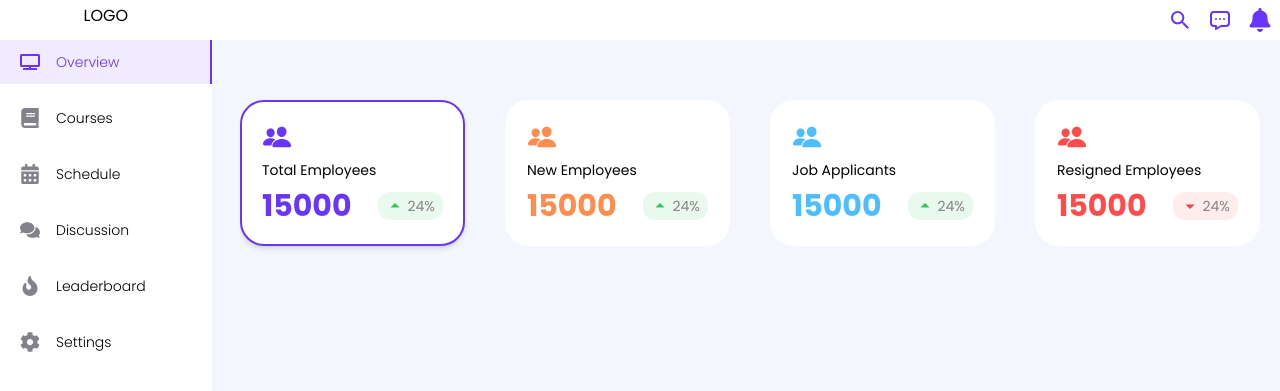
Repository: SpicierEwe/creativeio_hr_dashboard
Page: /
These files come from the project's save history. The page is drawn as it stood at one moment and after the next save; the edit follows.
The browser window is 1280 px wide. The pictures show the whole page.
The project was rebuilt for these pictures with package versions that can differ from the ones it lists, and the page was loaded fresh each time. Also part of the build but not shown: src/components/dashboard/sections/sections_2/section_2.jsx. Imported but missing from the stored project, and not drawn on this page: src/components/dashboard/sections/sections_2/charts/pie_chart.

Above is the page before, as saved 2024-06-28 23:24:58.

### public/index.html
<!DOCTYPE html>
<html lang="en">
  <head>
    <meta charset="utf-8" />
    <link rel="icon" href="%PUBLIC_URL%/favicon.ico" />
    <meta name="viewport" content="width=device-width, initial-scale=1" />
    <meta name="theme-color" content="#000000" />
    <meta
      name="description"
      content="A perfectly optmized HR Dashboard for all screens sizes to give you the best possible user experience no matter the type of screen size you use."
    />
    <link rel="apple-touch-icon" href="%PUBLIC_URL%/logo192.png" />
    <!--
      manifest.json provides metadata used when your web app is installed on a
      user's mobile device or desktop. See https://developers.google.com/web/fundamentals/web-app-manifest/
    -->
    <link rel="manifest" href="%PUBLIC_URL%/manifest.json" />
    <!--
      Notice the use of %PUBLIC_URL% in the tags above.
      It will be replaced with the URL of the `public` folder during the build.
      Only files inside the `public` folder can be referenced from the HTML.

      Unlike "/favicon.ico" or "favicon.ico", "%PUBLIC_URL%/favicon.ico" will
      work correctly both with client-side routing and a non-root public URL.
      Learn how to configure a non-root public URL by running `npm run build`.
    -->
    <title>HR Dashboard</title>
  </head>
  <body>
    <noscript>You need to enable JavaScript to run this app.</noscript>
    <div id="root"></div>
    <!--
      This HTML file is a template.
      If you open it directly in the browser, you will see an empty page.

      You can add webfonts, meta tags, or analytics to this file.
      The build step will place the bundled scripts into the <body> tag.

      To begin the development, run `npm start` or `yarn start`.
      To create a production bundle, use `npm run build` or `yarn build`.
    -->
  </body>
</html>

### src/index.css
@import url('https://fonts.googleapis.com/css2?family=Poppins:ital,wght@0,100;0,200;0,300;0,400;0,500;0,600;0,700;0,800;0,900;1,100;1,200;1,300;1,400;1,500;1,600;1,700;1,800;1,900&display=swap');


@tailwind base;
@tailwind components;
@tailwind utilities;

@layer base {
    :root {
        --color-primary: #ffffff;
        --color-secondary: #f3f6fd;
        --accent: #6835f9;
        --accent-light: #f0ebfe;

        --font-primary: #202020;
        --font-secondary: #84818A;
        --font-tertiary: #47464A;
        /* Corrected the double # */
    }

    .hide-scrollbar::-webkit-scrollbar {
        display: none;
    }

    .hide-scrollbar {
        -ms-overflow-style: none;
        /* IE and Edge */
        scrollbar-width: none;
        /* Firefox */
    }

    body {
        font-family: 'Poppins', sans-serif;
        background-color: var(--color-secondary);
    }

    h1,
    h2,
    h3,
    h4 {
        color: var(--font-primary);
    }





    p {
        color: var(--font-secondary);
    }
}

### src/App.js
import { BrowserRouter as Router, Routes, Route } from "react-router-dom";

import "./App.css";
import DashBoard from "./components/dashboard/dashboard";
import SideNav from "./components/side_nav/side_nav";
import { useRef } from "react";

function App() {
  const sideRef = useRef(null);
  return (
    <Router>
      <div className="App overflow-x-hidden ">
        <div className="flex max-w-screen-2xl w-screen">
          {/* side and top nav  */}
          <div ref={sideRef} className="">
            <SideNav />
          </div>
          {/* right content */}
          <div className="w-[100%] pt-20  ">
            <Routes>
              <Route path="/" element={<DashBoard />} />
            </Routes>
          </div>
        </div>
      </div>
    </Router>
  );
}

export default App;

### src/components/dashboard/dashboard.jsx
import Section1 from "./sections/section_1/section_1";
import Section2 from "./sections/sections_2/section_2";

function DashBoard() {
  return (
    <div>
      <div className=" ml-[5rem] lg:ml-[15rem] ">
        <Section1 />
      </div>

      <div className="">{/* <Section2 /> */}</div>
    </div>
  );
}

export default DashBoard;

### src/components/side_nav/side_nav.jsx
import React, { useEffect, useState } from "react";

import {
  FaComments,
  FaCog,
  FaFire,
  FaCalendarAlt,
  FaBook,
  FaTv,
  FaBell,
} from "react-icons/fa";
import { IoMdSearch } from "react-icons/io";
import { TbMessageDots } from "react-icons/tb";
import { Link, redirect, useLocation } from "react-router-dom";

const menuItems = [
  { id: 1, icon: <FaTv />, label: "Overview", notifications: 0, redirect: "/" },
  {
    id: 2,
    icon: <FaBook />,
    label: "Courses",
    notifications: 0,
    redirect: "/courses",
  },
  {
    id: 3,
    icon: <FaCalendarAlt />,
    label: "Schedule",
    notifications: 2,
    redirect: "/schedule",
  },
  {
    id: 4,
    icon: <FaComments />,
    label: "Discussion",
    notifications: 0,
    redirect: "/discussion",
  },
  {
    id: 5,
    icon: <FaFire />,
    label: "Leaderboard",
    notifications: 0,
    redirect: "/leaderboard",
  },
  {
    id: 6,
    icon: <FaCog />,
    label: "Settings",
    notifications: 0,
    redirect: "/settings",
  },
];

function SideNav() {
  const [selectedNavIndex, setSelectedNavIndex] = useState(0);

  const location = useLocation();

  useEffect(() => {
    const path = location.pathname;
    const index = menuItems.findIndex((item) => item.redirect === path);
    setSelectedNavIndex(index);
  }, [location.pathname]);

  return (
    <div className="fixed">
      {/* top nav */}
      <TopNavBar />

      {/* side nav */}
      <ul className="flex flex-col fixed  gap-3 h-screen justify-between z-[999] bg-primary">
        <div className="flex flex-col  gap-3">
          {/*  LOGO images */}

          <div className="mt-1">LOGO</div>

          {/* <h2>Main Menu</h2> */}
          {menuItems.map((item, index) => {
            const isSelected = selectedNavIndex === index;
            return (
              <Link to={item.redirect}>
                <li
                  key={item.id}
                  // bg
                  className={`p-3 border-r-2 ${
                    isSelected ? "border-accent" : "border-primary"
                  } text-md cursor-pointer w-full ${
                    isSelected ? "bg-accent_light" : ""
                  } transition-all duration-200 ease-in-out lg:pr-16 lg:pl-5 `}
                  onClick={() => setSelectedNavIndex(index)}
                >
                  <div className="flex justify-between gap-10">
                    <div className="flex gap-4">
                      {/* item icon */}
                      <div
                        className={` text-2xl lg:text-xl ${
                          isSelected ? "text-accent" : "text-secondary"
                        }  `}
                      >
                        {item.icon}
                      </div>

                      {/* lable */}
                      <div
                        className={`hidden lg:block text-sm font-light ${
                          isSelected ? "text-accent" : ""
                        } `}
                      >
                        {item.label}
                      </div>
                    </div>
                  </div>
                </li>
              </Link>
            );
          })}
        </div>
      </ul>
    </div>
  );
}

export default SideNav;
const TopNavBar = () => {
  const icons = [<IoMdSearch />, <TbMessageDots />, <FaBell />];
  return (
    <div className="bg-primary w-screen fixed  max-w-screen-2xl">
      {/* mobile */}
      <div className="flex justify-between">
        <div></div>

        {/* icons */}
        <div className="flex">
          {icons.map((icon, index) => (
            <div
              key={index}
              className="flex justify-end p-2 text-2xl text-accent"
            >
              {icon}
            </div>
          ))}
        </div>
      </div>
    </div>
  );
};

### src/components/dashboard/sections/section_1/section_1.jsx
import { useState } from "react";
import { IoPeople } from "react-icons/io5";
import { RiArrowUpSFill } from "react-icons/ri";

function Section1() {
  const data = [
    {
      icon: <IoPeople />,
      title: "Total Employees",
      count: 15000,
      percentage: "24%",
      color: "#6835f9",
      drop: false,
    },
    {
      icon: <IoPeople />,
      title: "New Employees",
      count: 15000,
      percentage: "24%",
      color: "#fe8c4c",
      drop: false,
    },
    {
      icon: <IoPeople />,
      title: "Job Applicants",
      count: 15000,
      percentage: "24%",
      color: "#4cbefe",
      drop: false,
    },
    {
      icon: <IoPeople />,
      title: "Resigned Employees",
      count: 15000,
      percentage: "24%",
      color: "#fe4c4c",
      drop: true,
    },
  ];

  function hexToRGBA(hex, opacity) {
    let r = 0,
      g = 0,
      b = 0;
    if (hex.length === 4) {
      r = parseInt(hex[1] + hex[1], 16);
      g = parseInt(hex[2] + hex[2], 16);
      b = parseInt(hex[3] + hex[3], 16);
    } else if (hex.length === 7) {
      r = parseInt(hex[1] + hex[2], 16);
      g = parseInt(hex[3] + hex[4], 16);
      b = parseInt(hex[5] + hex[6], 16);
    }
    return `rgba(${r},${g},${b},${opacity})`;
  }

  const item = {
    color: "#ff5733", // Example color
  };

  const boxShadowColor = hexToRGBA(item.color, 0.3);
  const boxShadow = `0 4px 10px -3px ${boxShadowColor}`;
  console.log(boxShadow);

  const [selectedIndex, setSelectedIndex] = useState(0);

  return (
    <div className="hide-scrollbar flex gap-5 lg:gap-10 overflow-x-auto hide-scroll w-full p-5 pl-0   xl:grid grid-cols-4">
      {data.map((item, index) => {
        return (
          <div
            key={index}
            onClick={() => setSelectedIndex(index)}
            className={`text-start rounded-3xl p-5 bg-primary flex flex-col items-start cursor-pointer ${
              selectedIndex === index ? `shadow-md` : ""
            } transition-all duration-200 ease-in-out`}
            style={{
              border: `2px ${
                selectedIndex === index ? item.color : "transparent"
              } solid`,
            }}
          >
            <div
              className="text-3xl"
              style={{
                color: item.color,
              }}
            >
              {item.icon}
            </div>
            <div className=" mt-2 text-sm  whitespace-nowrap">{item.title}</div>
            <div className="w-full flex gap-3 mt-2  items-center justify-between">
              <p
                className="text-3xl font-bold"
                style={{
                  color: item.color,
                }}
              >
                {item.count}
              </p>
              <div
                className="flex gap-1 items-center w-fit rounded-xl py-1 px-2"
                style={{
                  color: item.drop ? "red" : "green",
                  backgroundColor: item.drop
                    ? "rgba(254, 76, 76, 0.1)"
                    : "rgba(49, 198, 86, 0.1)",
                }}
              >
                {!item.drop ? (
                  <RiArrowUpSFill className="text-[#31c656] text-lg" />
                ) : (
                  <RiArrowUpSFill className="text-red-500 text-lg rotate-180" />
                )}
                <p className="text-sm">{item.percentage}</p>
              </div>
            </div>
          </div>
        );
      })}
    </div>
  );
}

export default Section1;

### tailwind.config.js
/** @type {import('tailwindcss').Config} */
module.exports = {
  content: ["./src/**/*.{js,jsx,ts,tsx}"],
  theme: {
    extend: {
      colors: {
        primary: "var(--color-primary)",
        secondary: "var(--color-secondary)",
        accent: "var(--accent)",
        accent_light: "var(--accent-light)",
      },
      textColor: {
        primary: "var(--font-primary)",
        secondary: "var(--font-secondary)",
        tertiary: "var(--font-tertiary)",
      },
    },
  },
  plugins: [],
};

Loaded but not shown: src/index.js (common file); src/reportWebVitals.js (common file); src/App.css (common file)

After the next save:
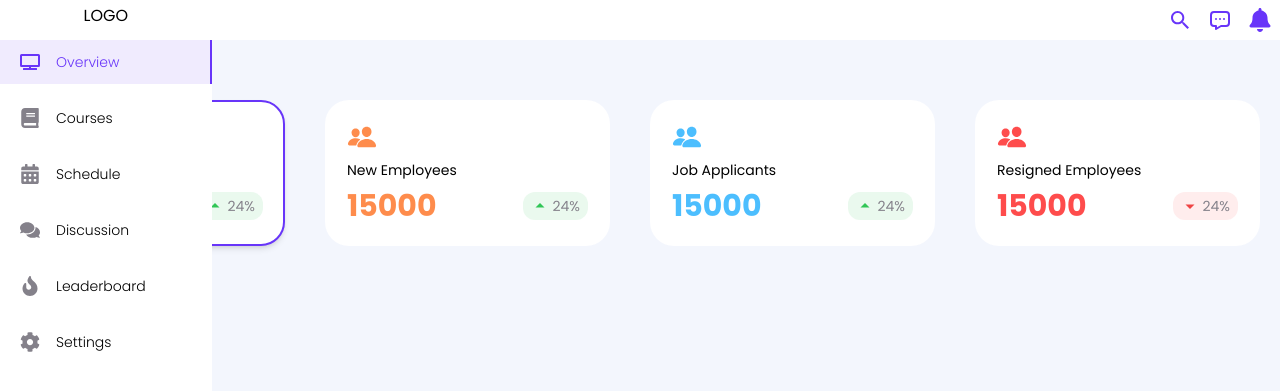
Saved 7 s later.
--- a/src/components/dashboard/dashboard.jsx
+++ b/src/components/dashboard/dashboard.jsx
@@ -4,7 +4,7 @@ import Section2 from "./sections/sections_2/section_2";
 function DashBoard() {
   return (
     <div>
-      <div className=" ml-[5rem] lg:ml-[15rem] ">
+      <div className=" ">
         <Section1 />
       </div>
 
